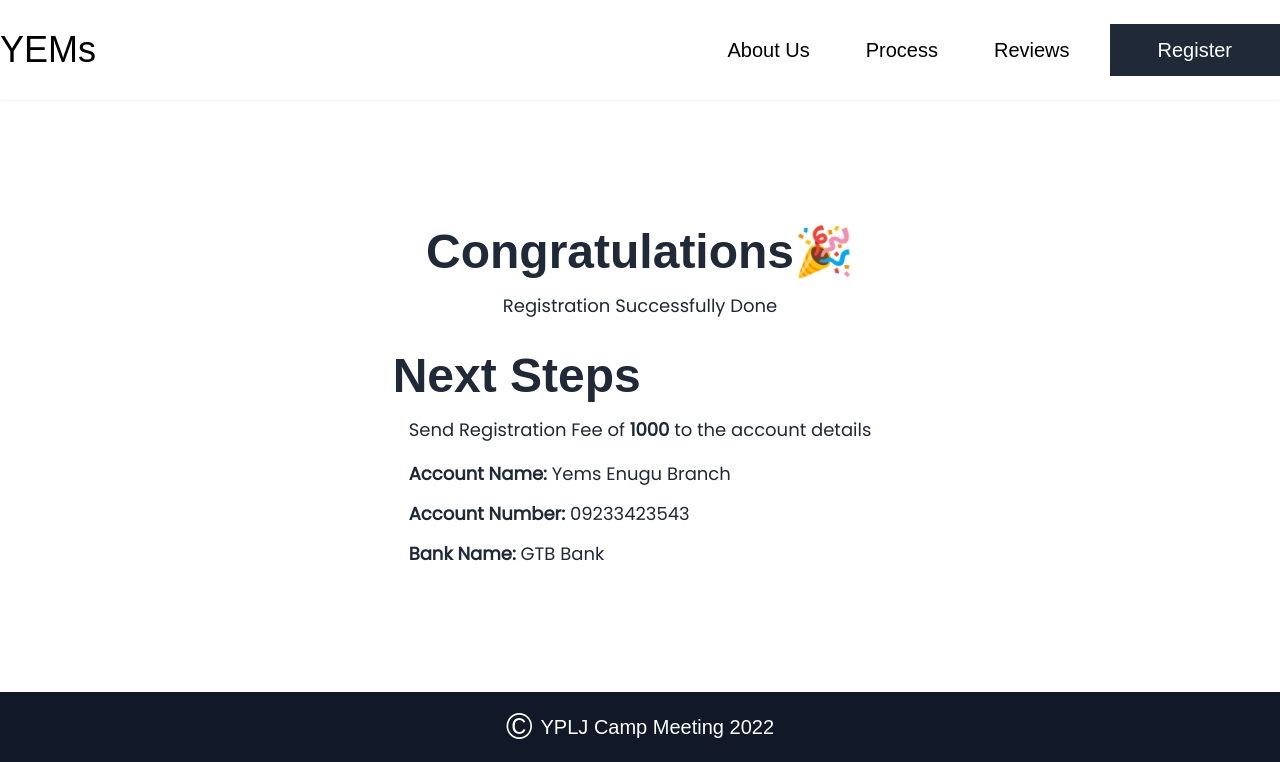
Repository: Ifenna-Pascal/user-camp-onboarding
Page: /dashboard
The author's editor kept a copy of each file at every save. The page is drawn from the files as they stood at one save, then again after the next save.
The browser window is 1280 px wide. The pictures show the whole page.
Some web fonts or font styles are not loaded; a fallback is used. The project was rebuilt for these pictures with package versions that can differ from the ones it lists, and the page was loaded fresh each time. The framework's server and built-in components were replaced by stand-ins that run in the browser. Also part of the build but not shown: next.config.js.

Above is the page before, as saved 2022-11-27 08:19:04.

After the next save:
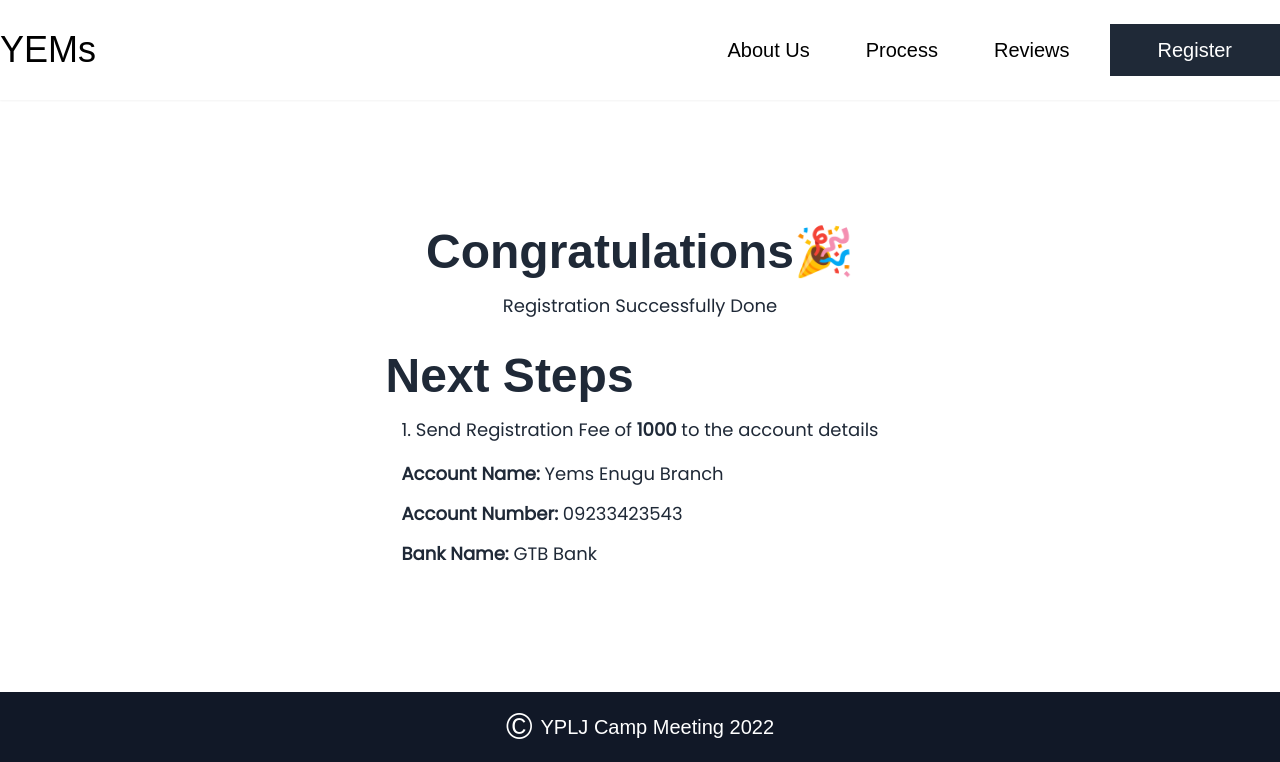
Saved 17 s later.
--- a/pages/dashboard.jsx
+++ b/pages/dashboard.jsx
@@ -14,7 +14,8 @@ function Dashboard() {
           Next Steps{" "}
         </h1>
         <p className="block text-base  lg:text-lg text-left px-4 font-poppins text-gray-800 leading-[30px] py-2 lg:py-4">
-          Send Registration Fee of <strong>1000</strong> to the account details
+          1. Send Registration Fee of <strong>1000</strong> to the account
+          details
         </p>
         <div className="px-4">
           <p className="block text-base  lg:text-lg text-left pb-3 font-poppins text-gray-800 leading-[30px]">
